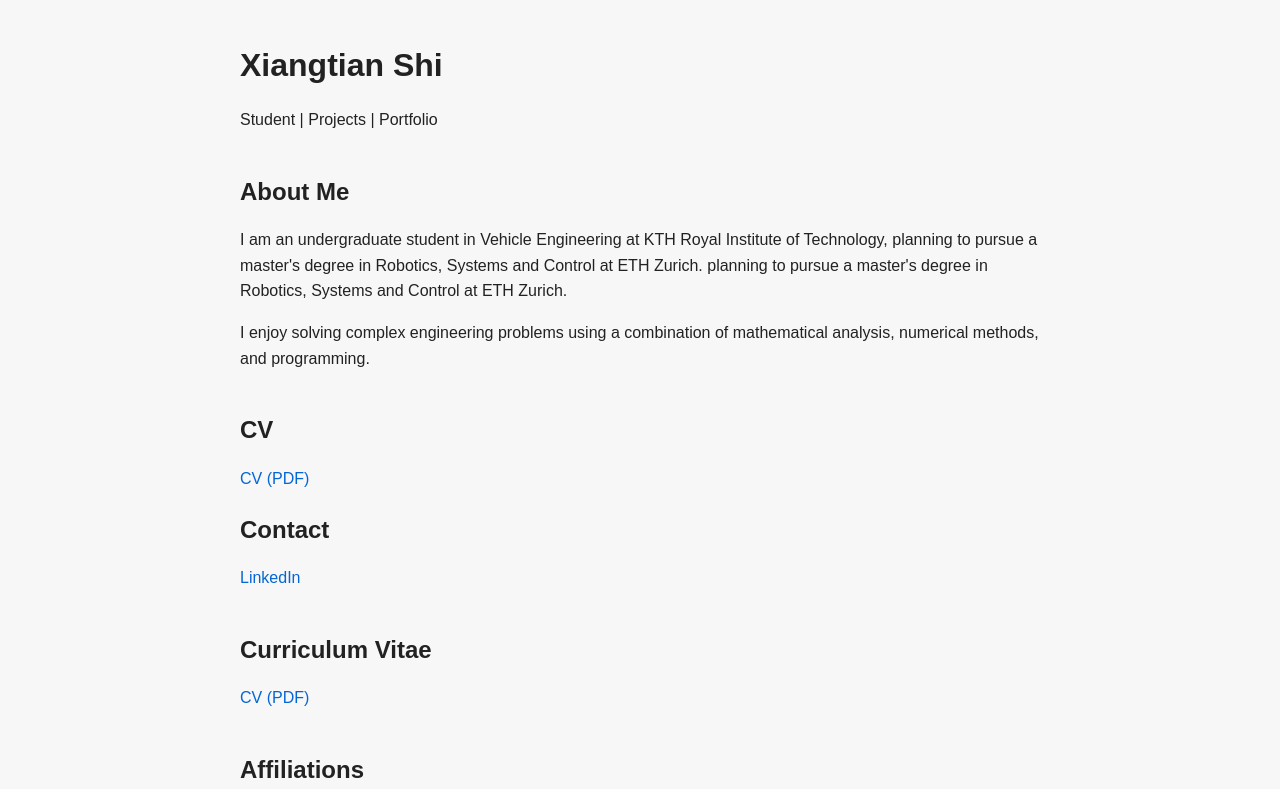
Repository: xitisch/xitisch.github.io
Page: index.html
The author's editor kept a copy of each file at every save. The page is drawn from the files as they stood at one save, then again after the next save.
The browser window is 1280 px wide. The pictures show the part of the page from y = 0 to 789 px (the page is 976 px tall before and 1018 px after).
A picture or video elsewhere on the page could not be fetched, so the positions and the page height are approximate.

Above is the page before, as saved 2026-04-21 23:32:55.

After the next save:
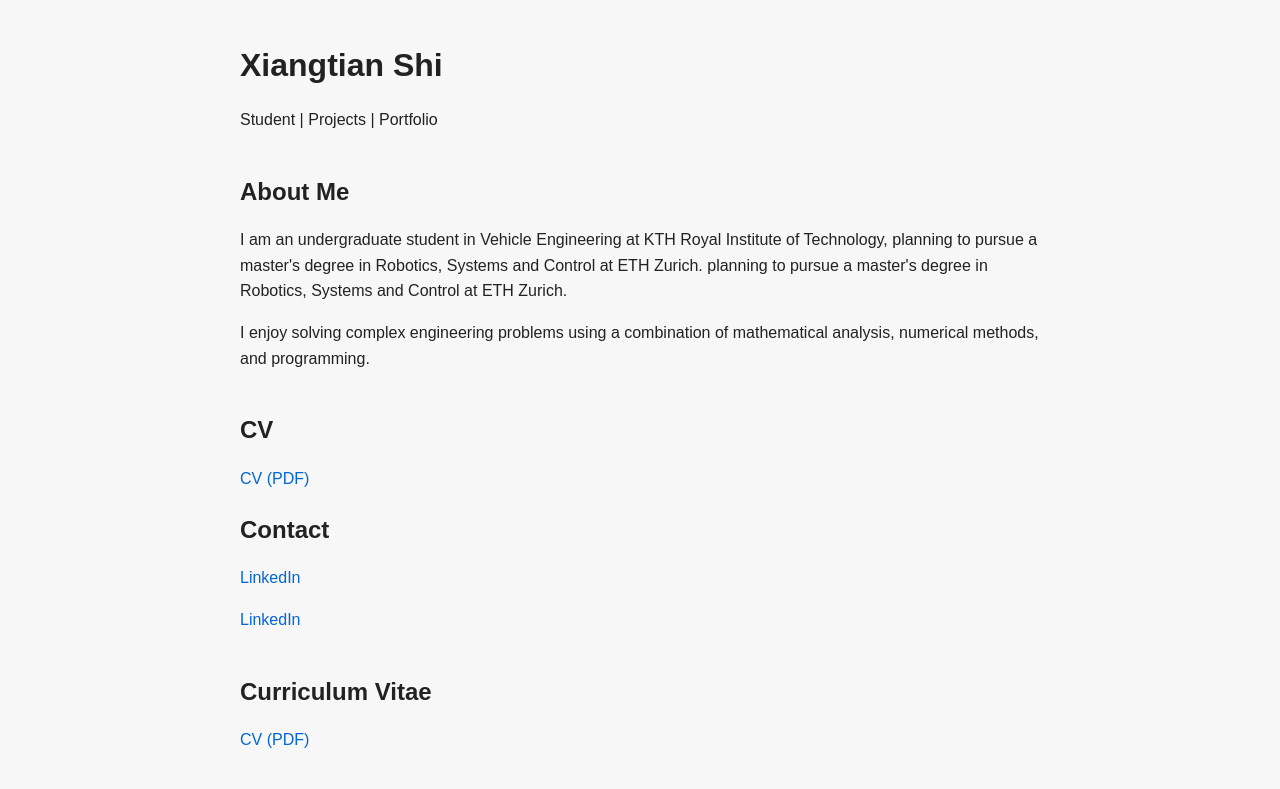
Saved 4 min 11 s later.
--- a/index.html
+++ b/index.html
@@ -44,6 +44,10 @@
     <p>
       <a href="https://www.linkedin.com/in/xiangtian-shi-5ab47428b/">LinkedIn</a>
     </p>
+
+    <p>
+      <a href="https://www.linkedin.com/in/xiangtian-shi-5ab47428b/">LinkedIn</a>
+    </p>
   </div>
 
   <div class="section">
